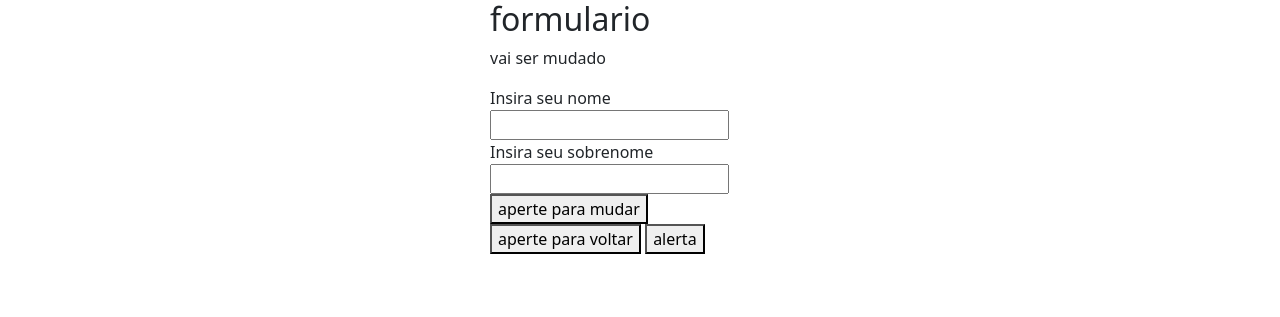
Repository: Nnunes55/formulario
Page: th/index.html
An editor plug-in stored every save of this project. The page is shown before and after a run of saves, followed by the edit.
The browser window is 1280 px wide. The pictures show the whole page.

Above is the page before, as saved 2025-04-10 15:44:27.

### th/index.html
<!DOCTYPE html>
<html lang="en">
<head>
    <meta charset="UTF-8">
    <meta name="viewport" content="width=device-width, initial-scale=1.0">
    <title>Document</title>
    <link rel="stylesheet" href="/th/style.css">
    <link rel="stylesheet" href="https://cdn.jsdelivr.net/npm/bootstrap@5.3.5/dist/css/bootstrap.min.css">
    <link rel="stylesheet" href="https://cdn.jsdelivr.net/npm/bootstrap@5.3.5/dist/js/bootstrap.bundle.min.js
">
</head>
<body>
    <div class="container">
        <div class="box">

            <h2 id="textoteste">formulario</h2>


   <p id="demo">vai ser mudado</p>

    <div>
        <label for="firstName">Insira seu nome</label>
        <input type="text" id="firstName"><br>
    </div>
    <div>
        <label for="lastName">Insira seu sobrenome</label>
        <input type="text" id="lastName"><br>
    </div>
    <div>
    <button type="button" onclick="myFunction()">aperte para mudar</button>

    <button type="button" onclick="myFunction2()">aperte para voltar</button>

    <button type="button" onclick= window.print()>alerta</button>
    </div>
    </div>
    </div>

    <script src="/th/index.js"></script>
</body>
</html>

### th/style.css
img{
    width: 400px;
    height: 400px;
    border-radius: 50px;
}
#botao{
    width: 200px;
    height: fit-content;
    size: 200px;
    color: aquamarine;
}
#ht{
    margin-top: 50px;
    margin-left: 50px;
}
.container {
    display: flex;
    flex-direction: row;
    justify-content: center;
    align-items: center;
    gap: 4px;
    height: 100%;
    width: 100%;
  }
.box{
    width: 300px;
    height: 300px;
    background: #fff;
}

### th/index.js
let x, y, z;
x = 10;
y = 24;
z = x + y;
a = 34;

function myFunction() {
    document.getElementById("demo").innerHTML = "Paragrafo mudado.";
  }

function myFunction2() {
  document.getElementById("demo").innerHTML = '<h2>vai ser mudado</h2>';
}

function myfunction3() {
  window.print();
}
console.log(a);

After the next 4 saves:
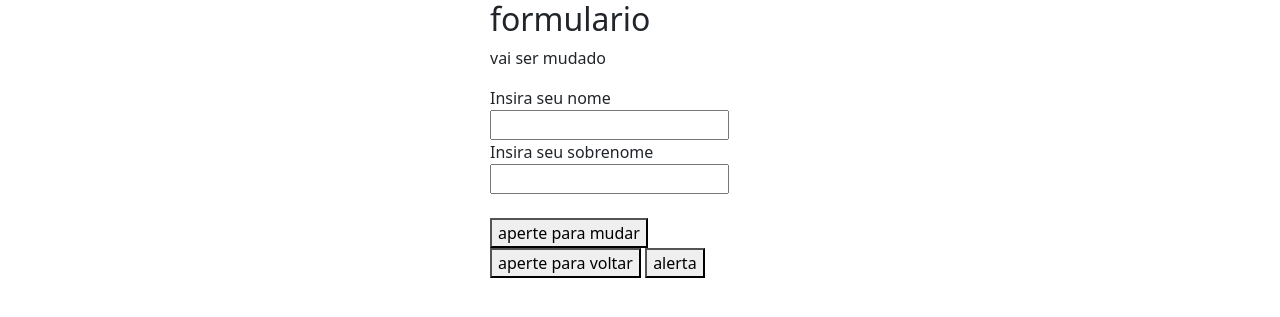
The 4 saves are shown as one change because they came seconds apart.
The last was saved 25 s later.
--- a/th/index.html
+++ b/th/index.html
@@ -27,6 +27,9 @@
         <input type="text" id="lastName"><br>
     </div>
     <div>
+        <label for=""></label>
+    </div>
+    <div>
     <button type="button" onclick="myFunction()">aperte para mudar</button>
 
     <button type="button" onclick="myFunction2()">aperte para voltar</button>
